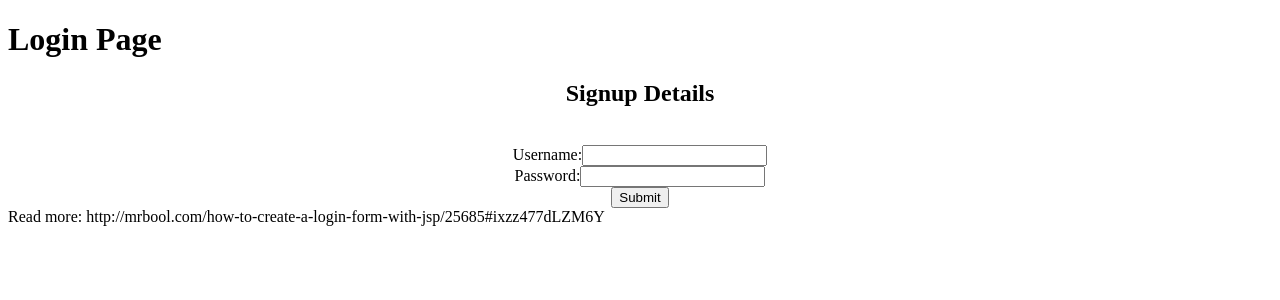
Repository: mawewatistel/PetitioningSystem
Page: http://localhost/testing/
These files come from the project's save history. The page is drawn as it stood at one moment and after the next save; the edit follows.
The browser window is 1280 px wide. The pictures show the whole page.
The page is served by Tomcat 9.

Above is the page before, as saved 2016-04-28 12:04:52.

### testing/WebContent/index.jsp
<%@ page language="java" contentType="text/html; charset=ISO-8859-1"
    pageEncoding="ISO-8859-1"%>
<!DOCTYPE html PUBLIC "-//W3C//DTD HTML 4.01 Transitional//EN" "http://www.w3.org/TR/html4/loose.dtd">
<html>
<head>
<meta http-equiv="Content-Type" content="text/html; charset=ISO-8859-1">
<title>Insert title here</title>
</head>
<body>
<h1>Login Page</h1> <center> <h2>Signup Details</h2> <form action="LoginCheck.jsp" method="post"> <br/>Username:<input type="text" name="username"> <br/>Password:<input type="password" name="password"> <br/><input type="submit" value="Submit"> </form> </center>

Read more: http://mrbool.com/how-to-create-a-login-form-with-jsp/25685#ixzz477dLZM6Y
</body>
</html>

After the next save:
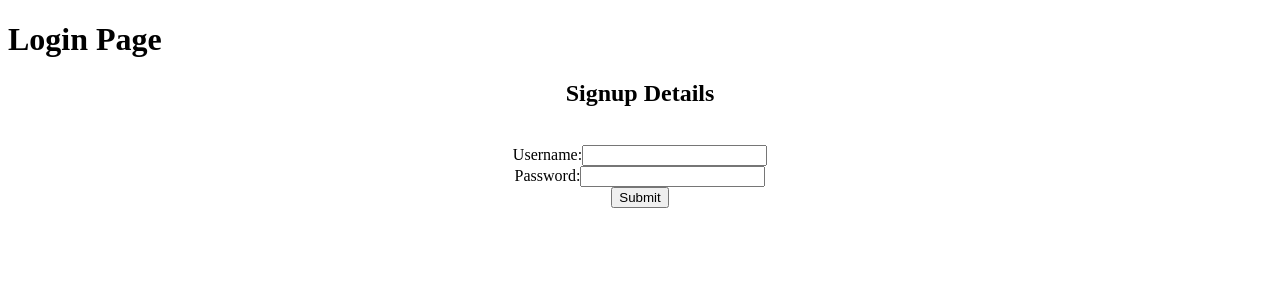
Saved 115 s later.
--- a/testing/WebContent/index.jsp
+++ b/testing/WebContent/index.jsp
@@ -9,6 +9,5 @@
 <body>
 <h1>Login Page</h1> <center> <h2>Signup Details</h2> <form action="LoginCheck.jsp" method="post"> <br/>Username:<input type="text" name="username"> <br/>Password:<input type="password" name="password"> <br/><input type="submit" value="Submit"> </form> </center>
 
-Read more: http://mrbool.com/how-to-create-a-login-form-with-jsp/25685#ixzz477dLZM6Y
 </body>
 </html>
